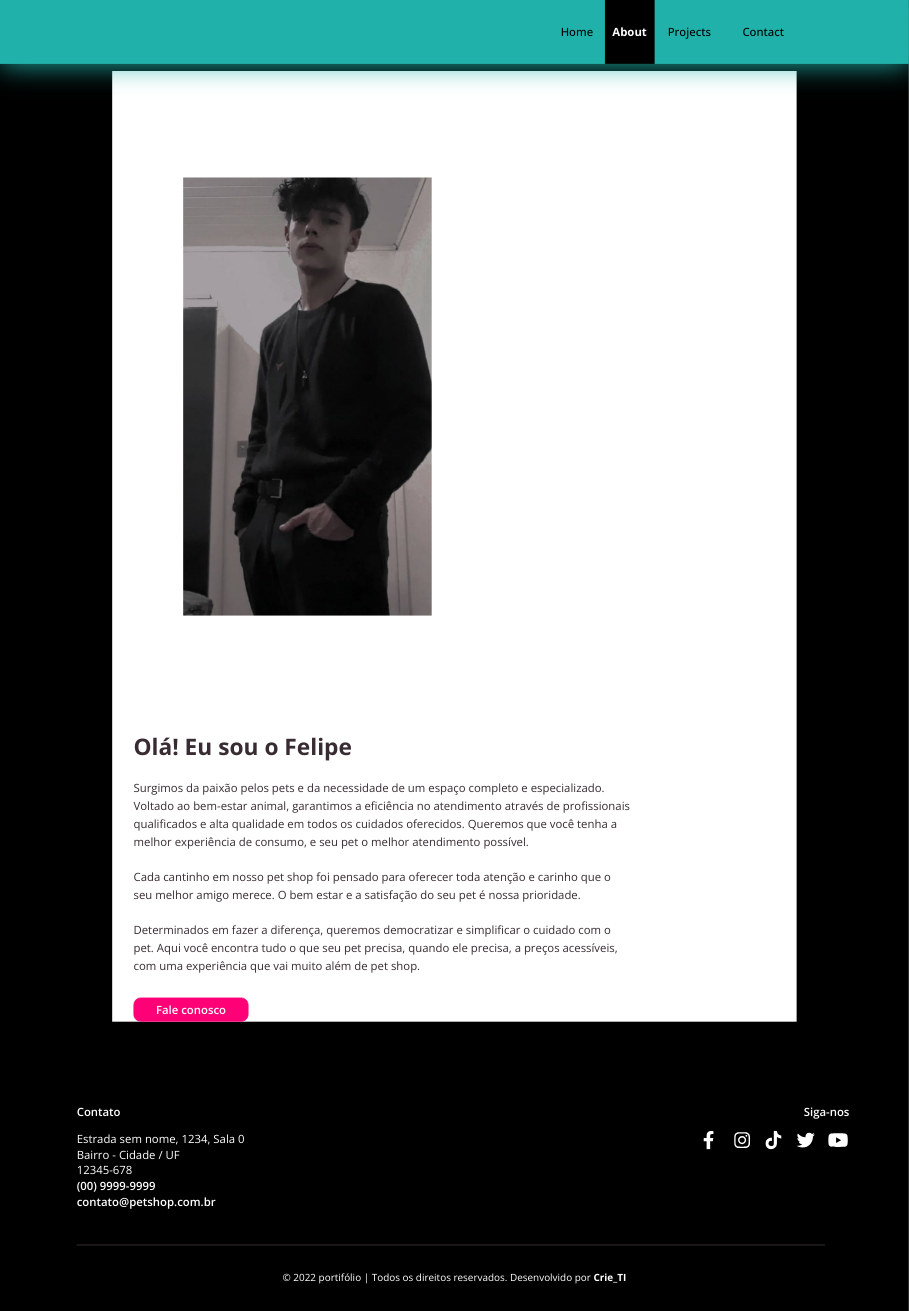
Repository: Fel1pit0/CRIE_TI
Page: Projetos/Portifólio/about.html
The author's editor kept a copy of each file at every save. The page is drawn from the files as they stood at one save, then again after the next save.
The browser window is 1280 px wide. The pictures show the whole page, at 71% of full size.

Above is the page before, as saved 2022-05-25 14:40:25.

After the next save:
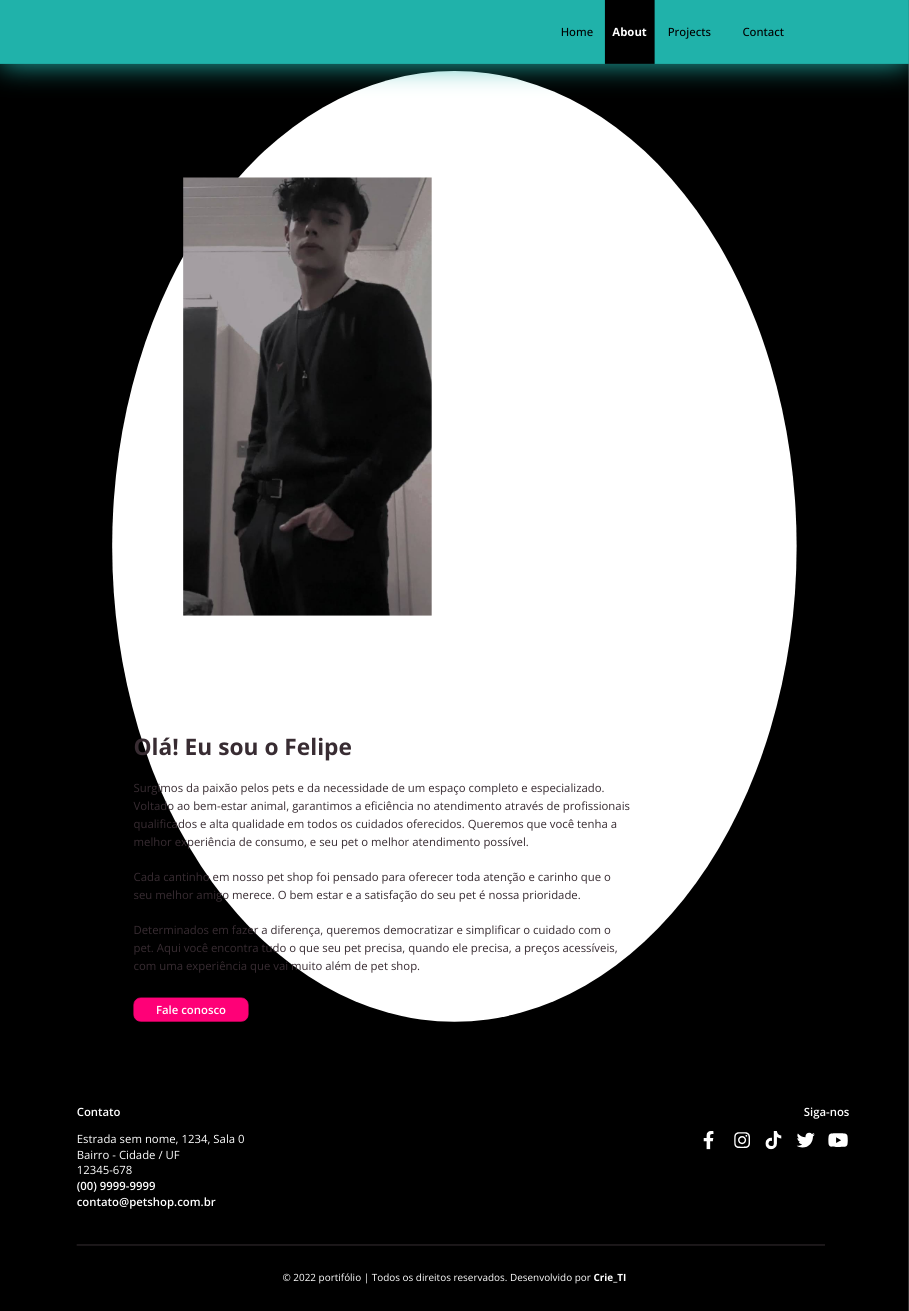
Saved 5 s later.
--- a/Projetos/Portifólio/styles.css
+++ b/Projetos/Portifólio/styles.css
@@ -292,7 +292,7 @@
   margin-bottom: 5em;
   background-color: white;
   margin: 100px 150px;
-  border-radius: 1005;
+  border-radius: 100%;
 }
 .image-about{
   display: inline-block;

After the 3 saves that followed:
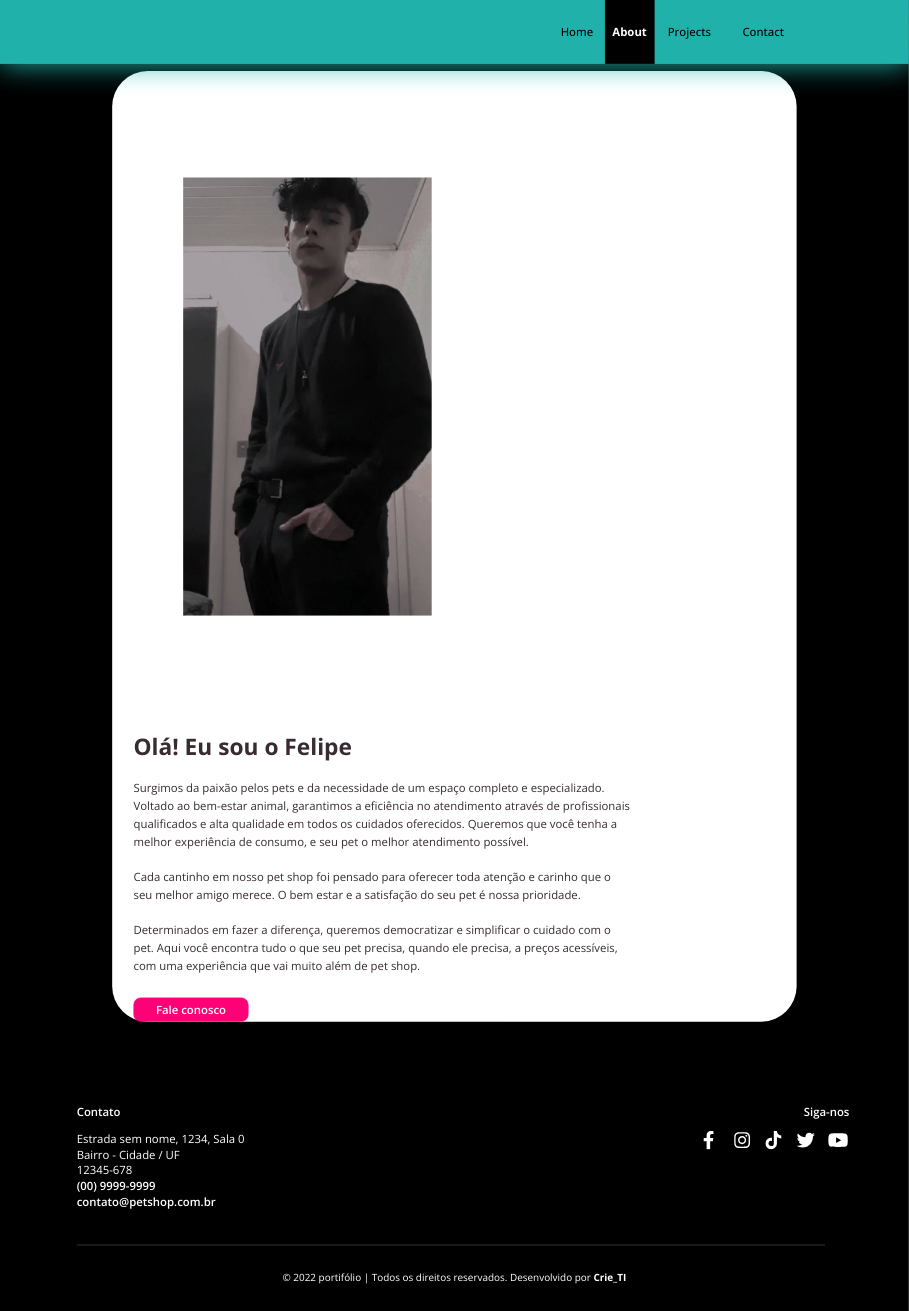
The 3 saves are shown as one change because 2 left the picture as it was.
The last was saved 22 s later.
--- a/Projetos/Portifólio/styles.css
+++ b/Projetos/Portifólio/styles.css
@@ -292,7 +292,7 @@
   margin-bottom: 5em;
   background-color: white;
   margin: 100px 150px;
-  border-radius: 100%;
+  border-radius: 50px;
 }
 .image-about{
   display: inline-block;
